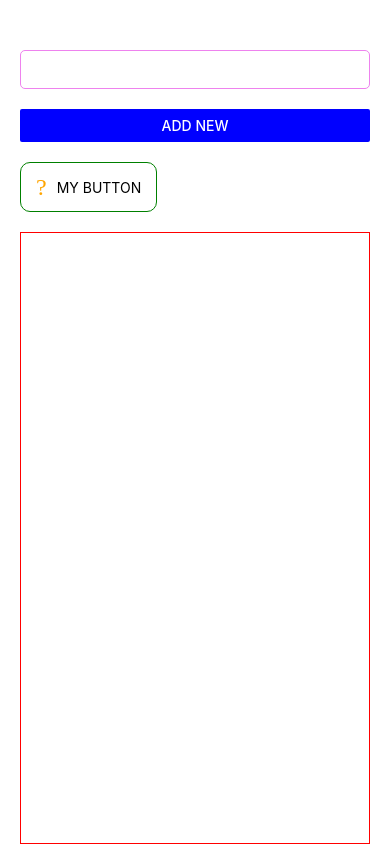
Repository: LuongPTCE181311/React-Native-Ultimate
Screen: /
These files come from the project's save history. The screen is drawn as it stood at one moment and after a run of saves; the edit follows.
The app was drawn by React Native's web renderer in a window 390 px wide. The project was rebuilt for these pictures with package versions that can differ from the ones it lists, and the page was loaded fresh each time. Some packages were replaced by stand-ins written for this rebuild.

Above is the screen before, as saved 2026-06-16 15:12:55.

After the next 5 saves:
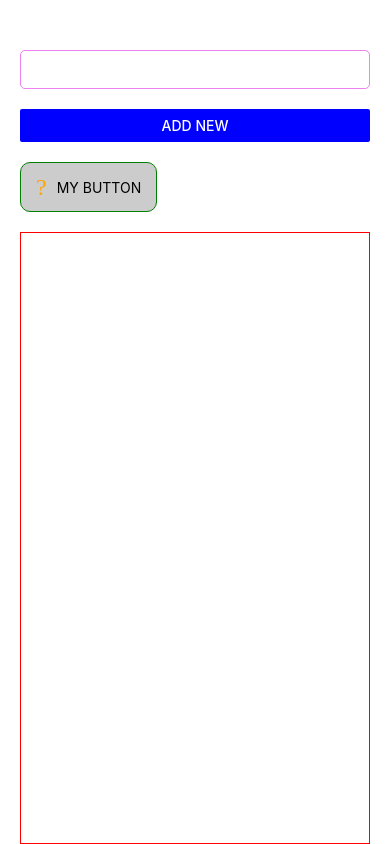
The 5 saves are shown as one change because they came seconds apart.
The last was saved 40 s later.
--- a/components/button/mini.button.tsx
+++ b/components/button/mini.button.tsx
@@ -14,7 +14,8 @@ const styles = StyleSheet.create({
         flexDirection: "row",
         gap: 10,
         alignItems: "center",
-        alignSelf: "flex-start"
+        alignSelf: "flex-start",
+        backgroundColor: "#ccc"
     }
 
 })
